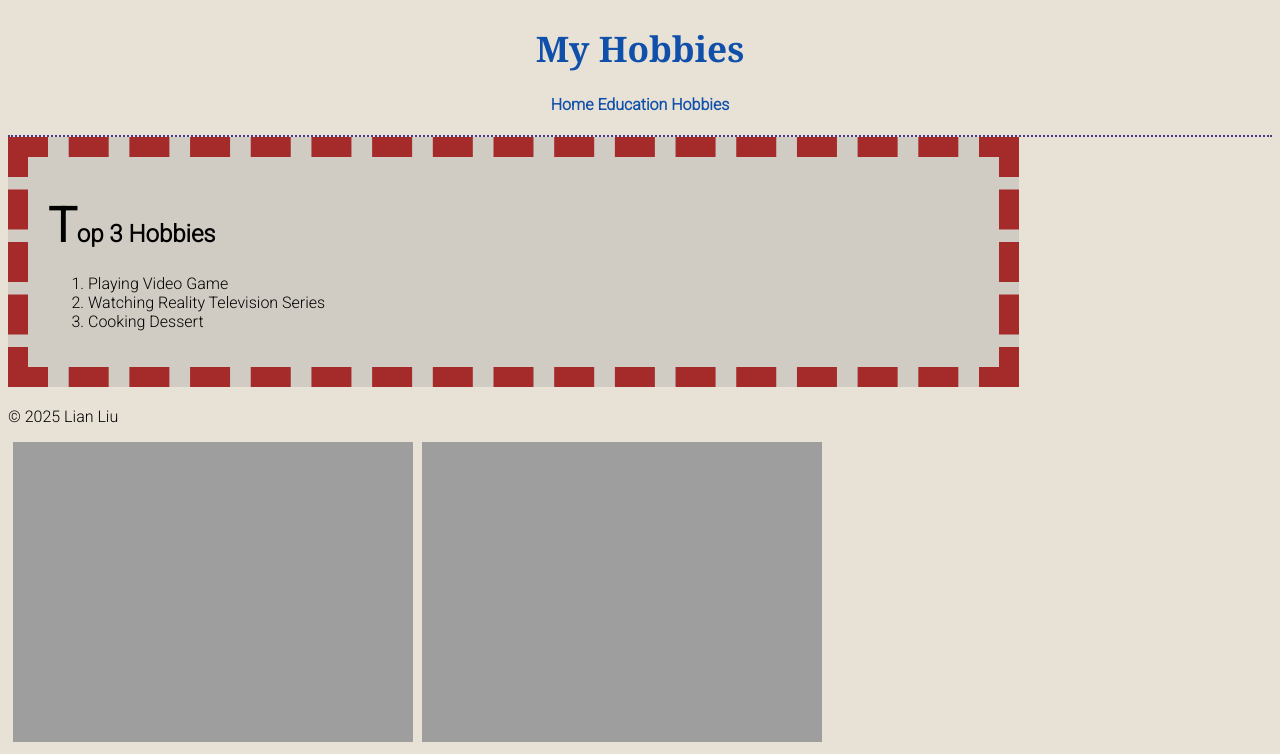
Repository: liulian26/CS5610
Page: assignment-1-liulian26/pages/hobbies.html
These files come from the project's save history. The page is drawn as it stood at one moment and after the next save; the edit follows.
The browser window is 1280 px wide. The pictures show the whole page.
Pictures or frames that could not be fetched are drawn as grey boxes.

Above is the page before, as saved 2025-02-01 00:28:53.

### assignment-1-liulian26/pages/hobbies.html
<!DOCTYPE html>
<html lang="en">
<head>
    <meta charset="UTF-8">
    <meta name="viewport" content="width=device-width, initial-scale=1.0">
    <title>Hobbies - My Portfolio</title>
    <link rel="stylesheet" href="../css/styles.css">
    <link rel="icon" href="../images/favicon.ico" type="image/x-icon">
</head>
<body>
    <header>
        <h1>My Hobbies</h1>
        <nav>
            <ul>
                <li><a href="../index.html">Home</a></li>
                <li><a href="education.html">Education</a></li>
                <li><a href="hobbies.html">Hobbies</a></li>
            </ul>
        </nav>
    </header>

    <main>
        <section>
            <h2>Top 3 Hobbies</h2>
            <ol>
                <li>Playing Video Game</li>
                <li>Watching Reality Television Series</li>
                <li>Cooking Dessert</li>
            </ol>
        </section>

    </main>

    <footer>
        <p>&copy; 2025 Lian Liu</p>
        <a href="https://github.com/liulian26" target="_blank">
            <i class="fab fa-github"></i>
        </a>
        <a href="mailto:liu.lian1@northeastern.edu">
            <i class="fas fa-envelope"></i>
        </a>
    </footer>
</body>
</html>

### assignment-1-liulian26/css/styles.css
@import url('https://fonts.googleapis.com/css2?family=Roboto:wght@300&display=swap');

header {
    text-align: center;
    border-bottom: 2px dotted darkslateblue;
    padding-bottom: 5px;

}

#role {
    font-weight: bold;
}

h1 {
    color: #1050aa;
    font-family: Georgia, 'Times New Roman', Times, serif;
    font-size: 2.2em;
}

nav ul {
    list-style-type: none;
    padding: 0;
    text-align: center;
}

nav ul li {
    display: inline;
    margin-right: 0 20px;
}

nav ul li a {
    text-decoration: none;
    color: #1050aa;
    font-weight: bold;
}

nav ul li a:hover {
    color: crimson;
}

main {
    width: 80%;
    margin: 20 auto;
}

section {
    border: 20px dashed brown;
    padding: 20px;
    margin-bottom: 20px;
    background-color: rgba(120, 120, 120, 0.2);
}

body {
    background-color: rgb(231, 225, 214);
    font-family: 'Roboto', sans-serif;
}

.about {
    border: 2px dashed brown;
    margin: 10px 0;
}

.projects {
    border: 2px dashed brown;
    margin: 10px 0;
}

a[href*="github"]:hover {
    color: crimson;
}

a[href*="github"]::after {
    content: url(../images/GitHub-Mark-32px.png);
    margin-left: 5px;
    vertical-align: middle;
}

h2::first-letter {
    font-size: 3rem;
}

header a:nth-of-type(2) {
    margin-left: 20px;
}


.education .education-list > li:first-child {
    font-style: italic;
  }

  .skills li {
    list-style-type: none;
  }

.experience > ul > li~li {
    color: darkgreen;
}

a[href$=".edu"]::before {
    content: url(../images/link.png);
    margin-left: 5px;
    vertical-align: middle;
}

.skills li:last-child {
    font-size: 1.3rem;
    background-color: rgba(120, 120, 120, 0.2);
}

header a:visited {
    color: rgb(237, 122, 127);
}

After the next save:
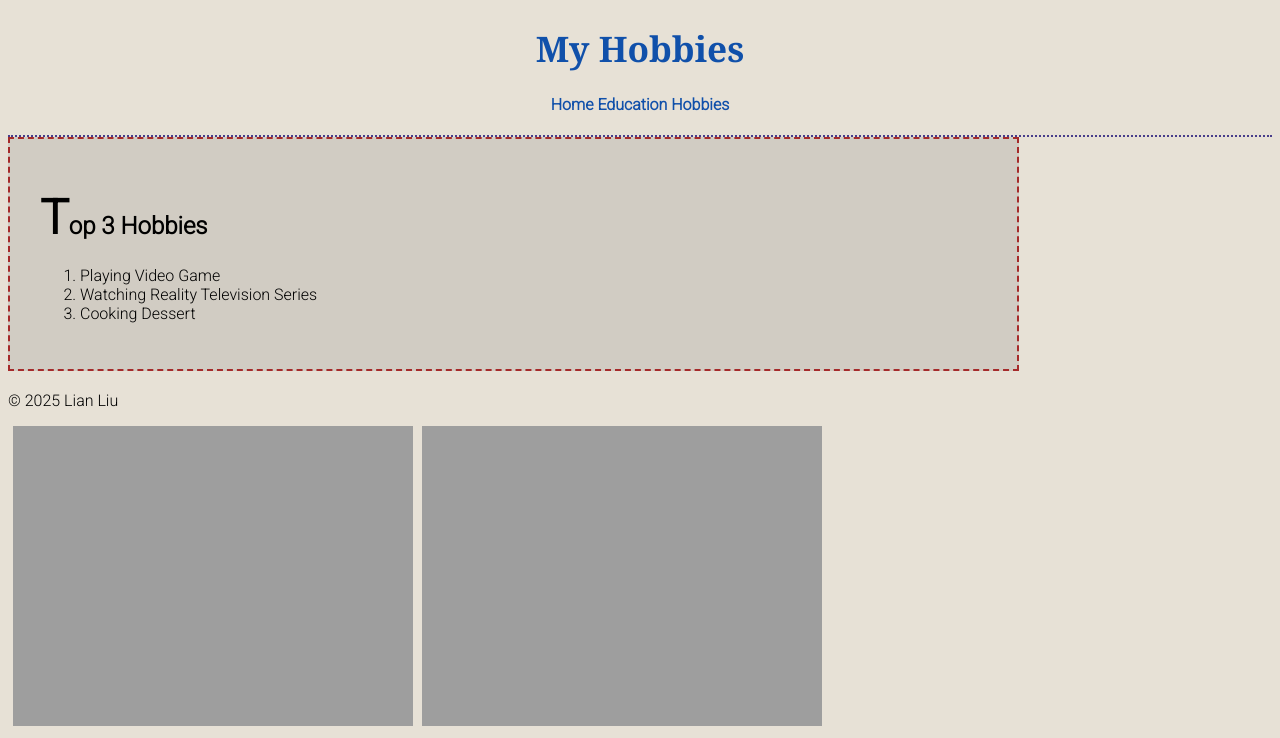
Saved 11 s later.
--- a/assignment-1-liulian26/css/styles.css
+++ b/assignment-1-liulian26/css/styles.css
@@ -44,8 +44,8 @@ main {
 }
 
 section {
-    border: 20px dashed brown;
-    padding: 20px;
+    border: 2px dashed brown;
+    padding: 30px;
     margin-bottom: 20px;
     background-color: rgba(120, 120, 120, 0.2);
 }
